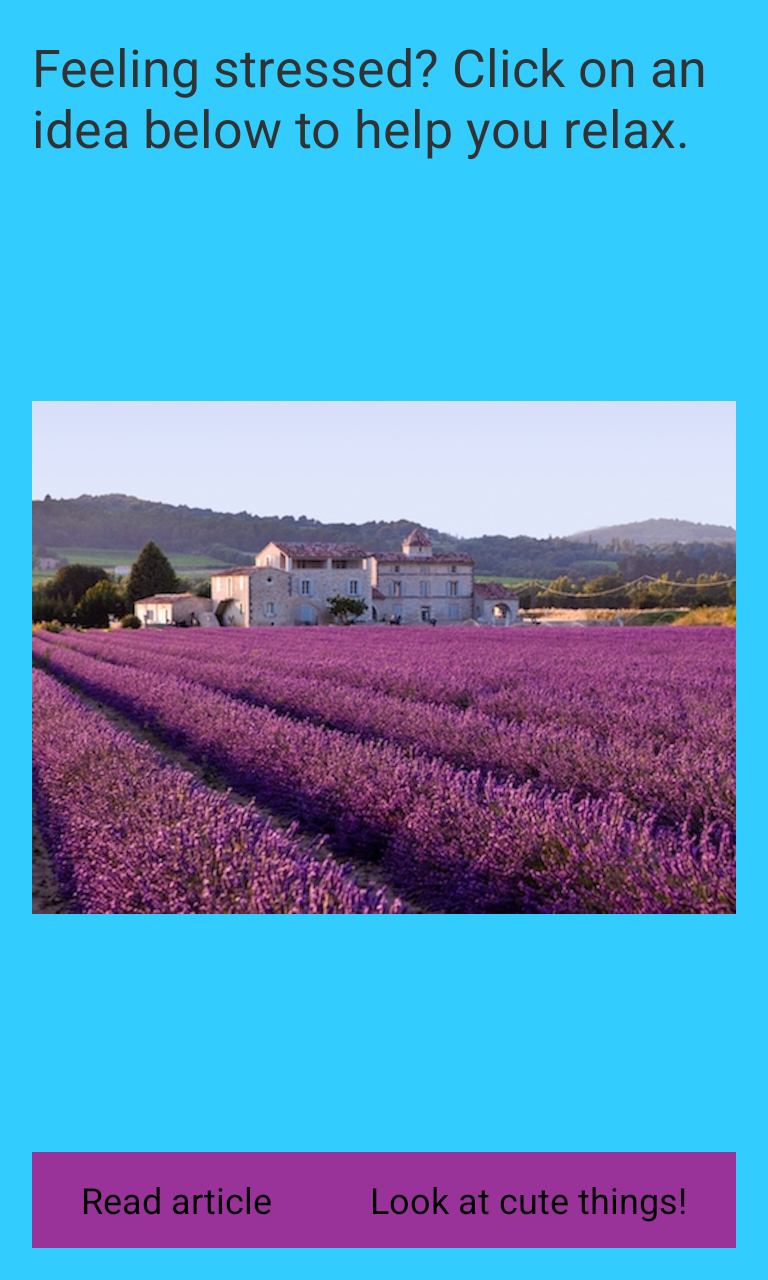
Repository: LSummers33/Apps101
Layout: Self-Care/res/layout/activity_main.xml
The author's editor kept a copy of each file at every save. The layout is drawn from the files as they stood at one save, then again after the next save.
It is drawn on a 768 x 1280 px phone screen (xhdpi) without system bars, with theme AppTheme; the app's code is not run.

Above is the layout before, as saved 2014-01-26 21:47:23.

After the next save:
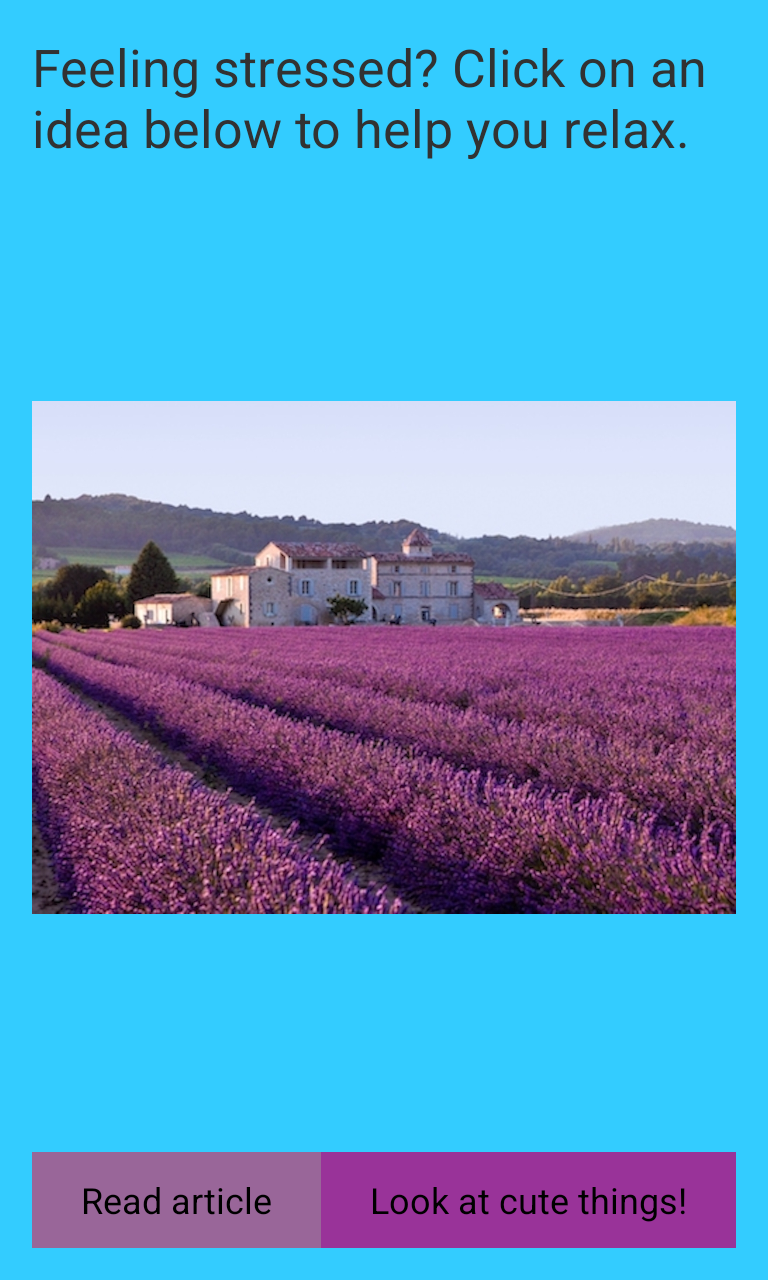
Saved 25 s later.
--- a/Self-Care/res/layout/activity_main.xml
+++ b/Self-Care/res/layout/activity_main.xml
@@ -37,7 +37,7 @@
         android:layout_width="wrap_content"
         android:layout_height="wrap_content"
         android:layout_weight="1"
-        android:background="#993399"
+        android:background="#996699"
         android:onClick="read_article"
         android:text="@string/button1" />
 
